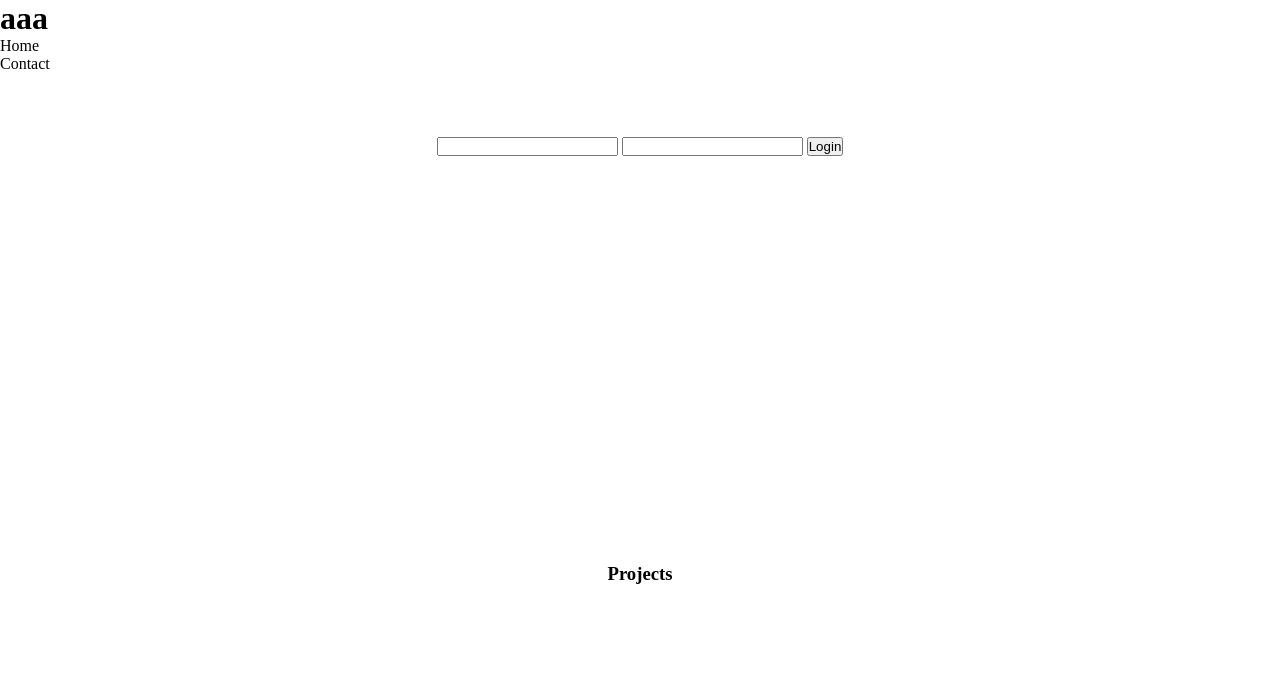
Repository: haakanerol/haakanerol
Page: Js.ass1/index.html
The author's editor kept a copy of each file at every save. The page is drawn from the files as they stood at one save, then again after a run of saves.
The browser window is 1280 px wide. The pictures show the whole page.

Above is the page before, as saved 2024-02-25 16:12:34.
Console error: SyntaxError: Unexpected end of input

After the next 6 saves:
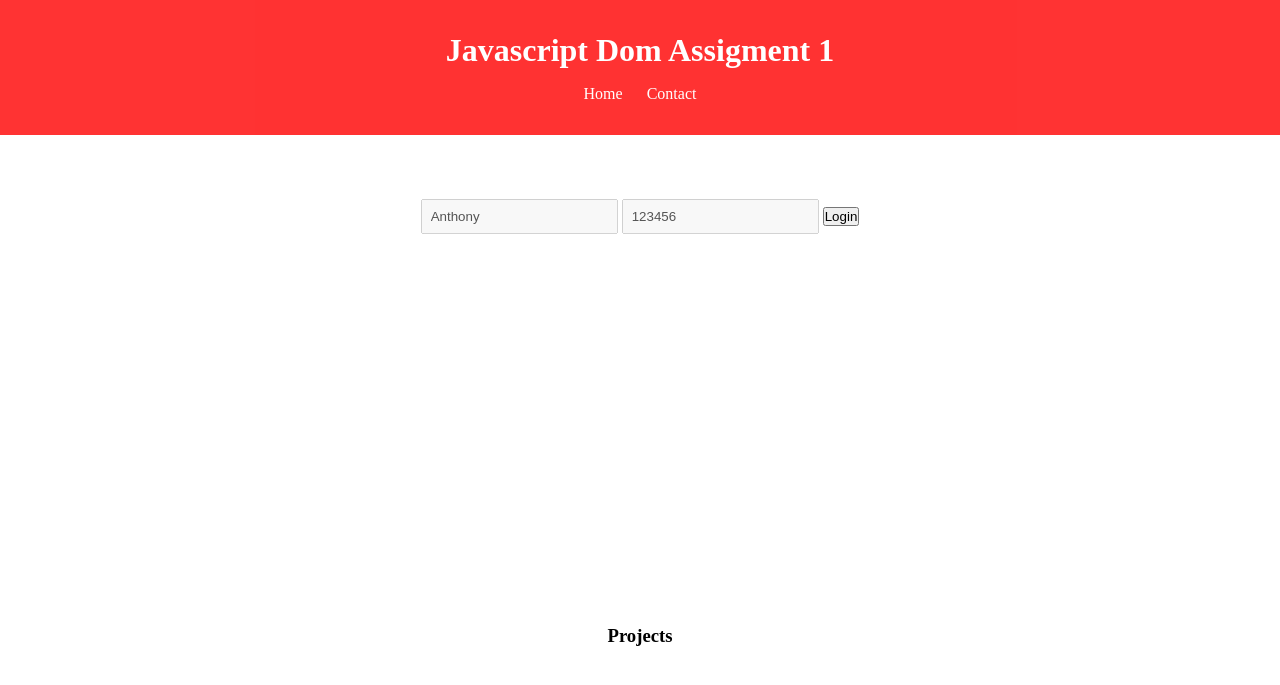
The error is gone.
The 6 saves are shown as one change because they came seconds apart.
The last was saved 17 s later.
--- a/Js.ass1/app.js
+++ b/Js.ass1/app.js
@@ -26,4 +26,4 @@ newUsername.style.padding = ".5rem"
 newPassword.style.padding = ".5rem"
 
 newBtn = document.querySelector(".btn")
-newBtn.style.
+newBtn.style.backgrounColor = "lightgreen"
